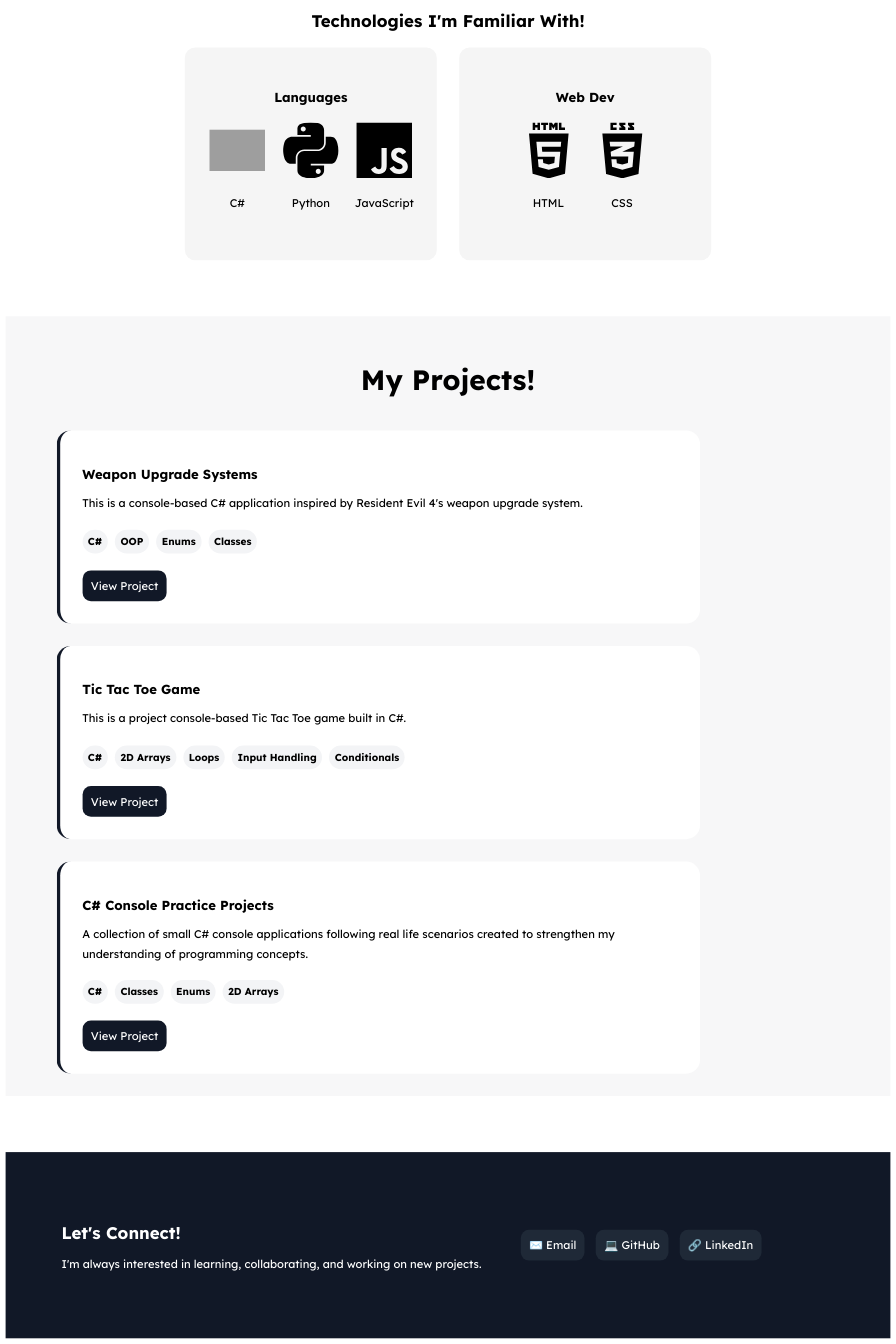
Repository: perrybalaba/perrybalaba
Page: index.html
The author's editor kept a copy of each file at every save. The page is drawn from the files as they stood at one save, then again after the next save.
The browser window is 1280 px wide. The pictures show the part of the page from y = 1207 to 3127 px (the page is 3127 px tall), at 70% of full size.
Pictures or frames that could not be fetched are drawn as grey boxes. A picture or video elsewhere on the page could not be fetched, so the positions and the page height are approximate. Some web fonts or font styles are not loaded; a fallback is used.

Above is the page before, as saved 2026-05-13 22:59:10.

After the next save:
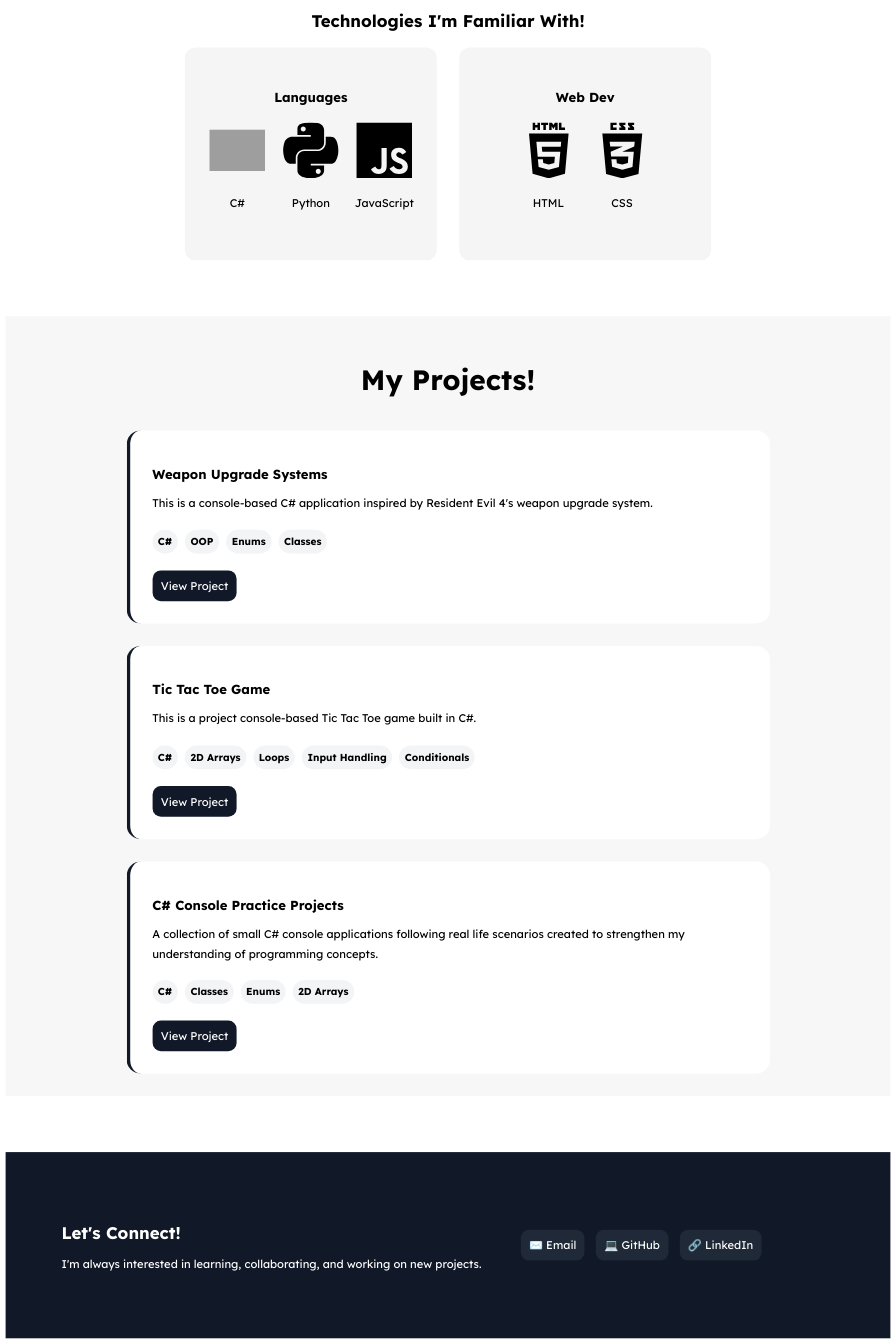
Saved 3 min 32 s later.
--- a/styles/index.css
+++ b/styles/index.css
@@ -163,7 +163,6 @@ nav ul li a:hover {
     display: flex;
     flex-direction: column;
     gap: 2rem;
-    max-width: 1000px;
     margin: 0;
 }
 
